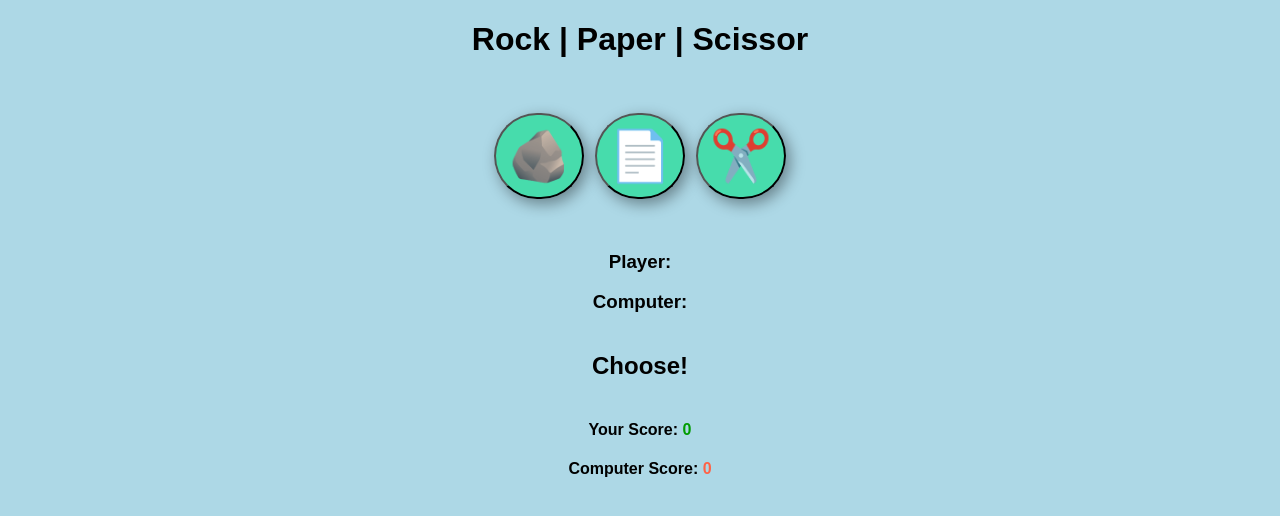
Repository: SakthivelDurai47/Rock-Paper-Sissors
Page: index.html
An editor plug-in stored every save of this project. The page is shown before and after the next save, followed by the edit.
The browser window is 1280 px wide. The pictures show the whole page.

Above is the page before, as saved 2025-04-14 23:16:34.

After the next save:
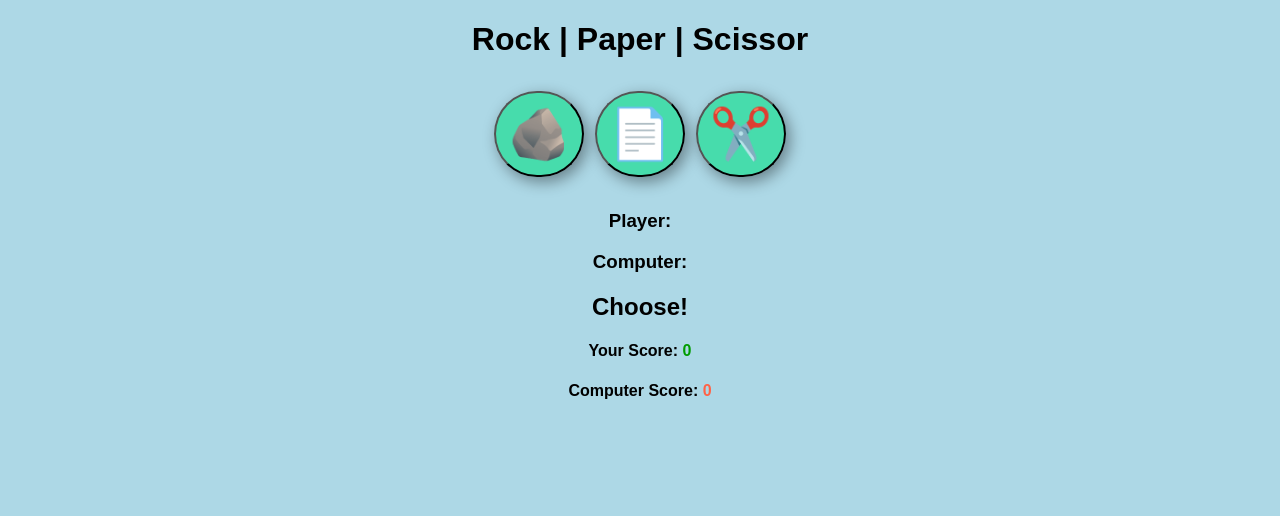
Saved 72 s later.
--- a/index.html
+++ b/index.html
@@ -8,21 +8,23 @@
     <link rel="stylesheet" href="styles.css" />
   </head>
   <body>
-    <h1>Rock | Paper | Scissor</h1>
-    <div id="choice">
-      <button onclick="playGame('Rock')">🪨</button>
-      <button onclick="playGame('Paper')">📄</button>
-      <button onclick="playGame('Scissor')">✂️</button>
-    </div>
-    <div id="info">
-      <h3 id="playerInfo">Player:</h3>
-      <h3 id="computerInfo">Computer:</h3>
-    </div>
-    <h2 id="result">Choose!</h2>
-    <div id="scores">
-      <h4>Your Score: <span id="scorePlr">0</span></h4>
-      <h4>Computer Score: <span id="scoreCum">0</span></h4>
-    </div>
+    <main>
+      <h1>Rock | Paper | Scissor</h1>
+      <div id="choice">
+        <button onclick="playGame('Rock')">🪨</button>
+        <button onclick="playGame('Paper')">📄</button>
+        <button onclick="playGame('Scissor')">✂️</button>
+      </div>
+      <div id="info">
+        <h3 id="playerInfo">Player:</h3>
+        <h3 id="computerInfo">Computer:</h3>
+      </div>
+      <h2 id="result">Choose!</h2>
+      <div id="scores">
+        <h4>Your Score: <span id="scorePlr">0</span></h4>
+        <h4>Computer Score: <span id="scoreCum">0</span></h4>
+      </div>
+    </main>
     <script src="index.js"></script>
   </body>
 </html>
